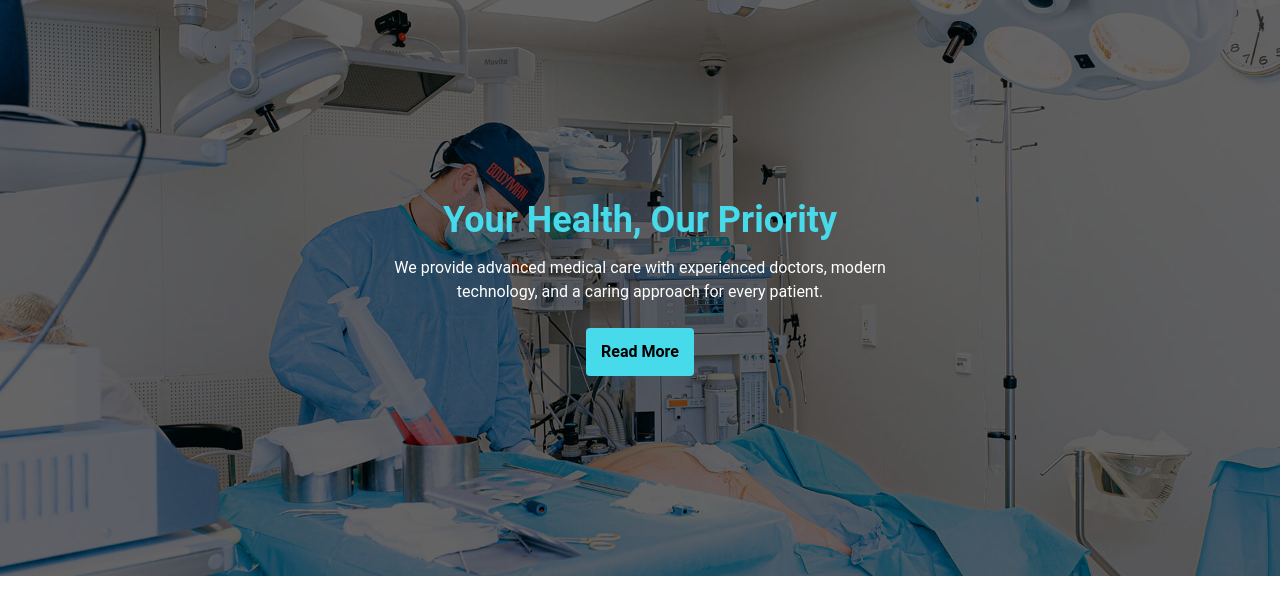
Repository: ahmedkhaleddev02-del/DoctorAppointment-MERN
Page: / (app in frontend/frontend/)
An editor plug-in stored every save of this project. The page is shown before and after the next save, followed by the edit.
The browser window is 1280 px wide. The pictures show the whole page.
The project was rebuilt for these pictures with package versions that can differ from the ones it lists, and the page was loaded fresh each time.

Above is the page before, as saved 2025-07-27 17:54:10.

### frontend/frontend/src/index.css
@tailwind base;
@tailwind components;
@tailwind utilities;
@import url('https://fonts.googleapis.com/css2?family=Liter&family=Outfit:wght@100..900&family=Roboto:ital,wght@0,100..900;1,100..900&family=Sansita:ital,wght@0,400;0,700;0,800;0,900;1,400;1,700;1,800;1,900&display=swap');

@import "slick-carousel/slick/slick.css";
@import "slick-carousel/slick/slick-theme.css";


*,body{
  font-family: roboto;
}


button{
  background: #46daea !important;
  padding: 15px;
  color:black;
  font-weight: bold;
  transition: ease-in-out 0.3s !important;


}

button:hover{
  background: #43b0ba !important;
}

### frontend/frontend/src/App.js
import Home from "./pages/Home";
function App() {
  return (
    <>

    <Home/>
    </>
  );
}

export default App;

### frontend/frontend/src/pages/Home.jsx
import React from 'react'

import HeroSlider from '../components/HeroSlider'
function Home() {
  return (
    <div>
        <HeroSlider/>

    </div>
  )
}

export default Home

### frontend/frontend/src/components/HeroSlider.jsx
import React from 'react'
import Slider from "react-slick";
import carousel_1 from "../img/hero-carousel/hero-carousel-1.jpg"

import carousel_2 from "../img/hero-carousel/hero-carousel-2.jpg"


import carousel_3 from "../img/hero-carousel/hero-carousel-3.jpg"

function HeroSlider() {

const settings = {
    dots: true,
    infinite: true,
    autoplay: true,
    autoplaySpeed: 5000,
    fade: true,
    arrows: false
  };


  const slides = [
  {
    image: carousel_1,
    title: "Your Health, Our Priority",
    text: "We provide advanced medical care with experienced doctors, modern technology, and a caring approach for every patient.",
  },
  {
    image: carousel_2,
    title: "Specialized Medical Services",
    text: "From cardiology to pediatrics, our expert teams are ready to help you and your family stay healthy and safe.",
  },
  {
    image: carousel_3,
    title: "Easy Online Appointments",
    text: "Book your appointment quickly and conveniently with top doctors at your preferred time.",
  }
];



  return (
    <section className='relative w-full h-[80vh] overflow-hidden' >
        <Slider {...settings}>
                {slides.map((slide,index)=>(
                    <div  key={index} className="relative w-full h-[80vh]">

                <img  src={slide.image}   className="w-full h-full object-cover"/>

            <div className="absolute inset-0 bg-black bg-opacity-60 flex flex-col justify-center items-center text-center text-white px-4">

                    <h2 className='text-4xl text-[#46daea] font-bold mb-4'>{slide.title}</h2>

             <p className="max-w-xl">{slide.text}</p>

             <button className="mt-6 inline-block  py-3 rounded ">
              Read More

             </button>

                </div>

                    </div>
                ))}


        </Slider>
    </section >
  )
}

export default HeroSlider

Loaded but not shown: frontend/frontend/public/index.html (common file); frontend/frontend/src/index.js (common file); frontend/frontend/tailwind.config.js (common file)

After the next save:
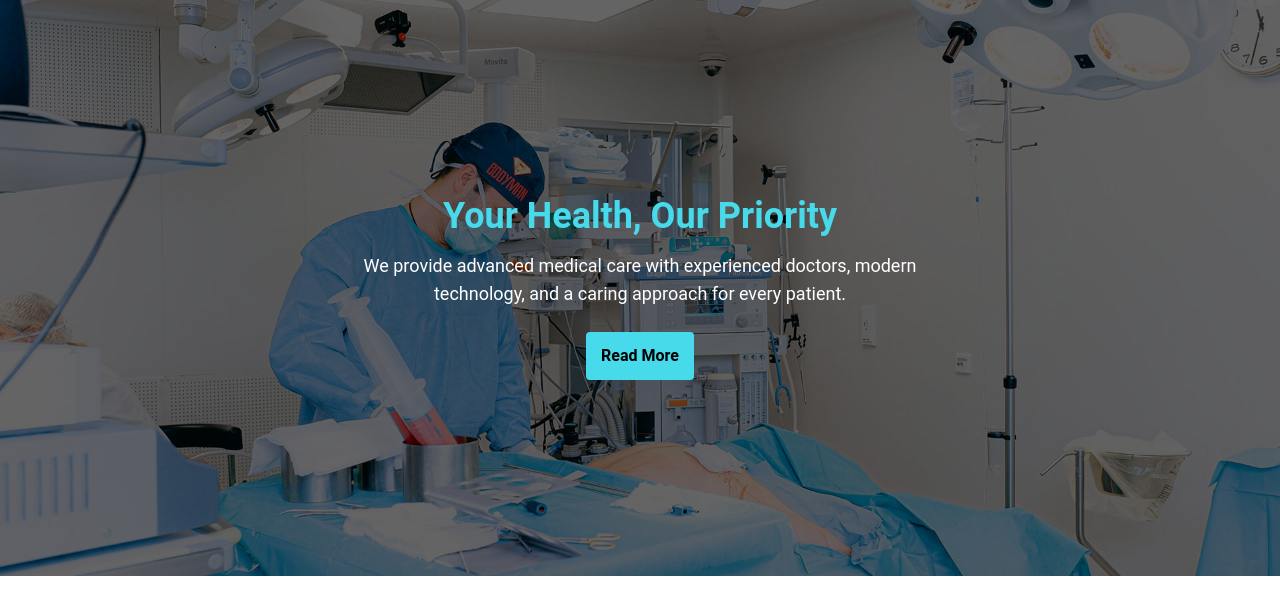
Saved 25 s later.
--- a/frontend/frontend/src/components/HeroSlider.jsx
+++ b/frontend/frontend/src/components/HeroSlider.jsx
@@ -51,7 +51,7 @@
 
                     <h2 className='text-4xl text-[#46daea] font-bold mb-4'>{slide.title}</h2>
 
-             <p className="max-w-xl">{slide.text}</p>
+             <p className="max-w-xl text-lg">{slide.text}</p>
 
              <button className="mt-6 inline-block  py-3 rounded ">
               Read More
